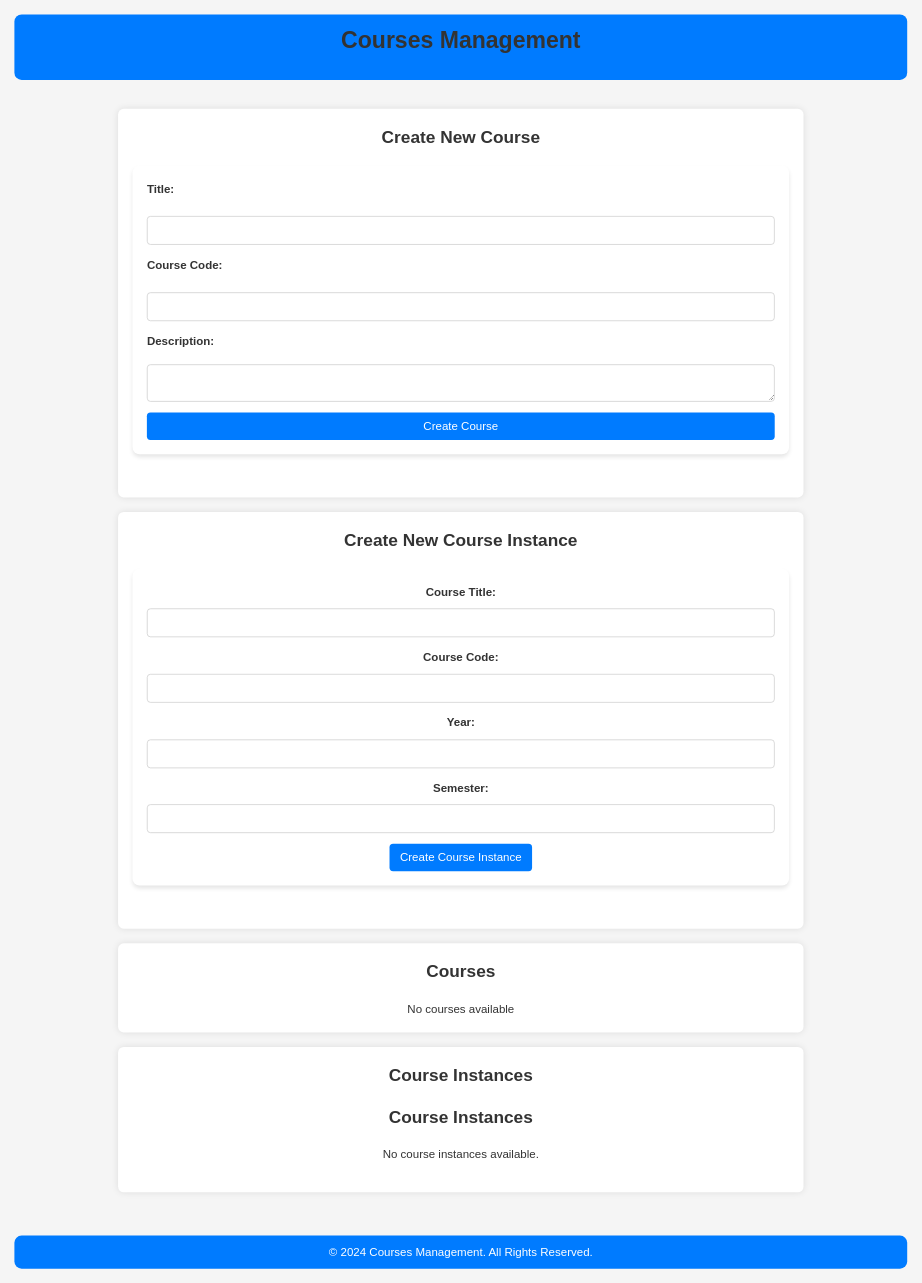
Repository: Rajdeep00-bit/Course_frontend
Page: /
These files come from the project's save history. The page is drawn as it stood at one moment and after the next save; the edit follows.
The browser window is 1280 px wide. The pictures show the whole page, at 72% of full size.
The page's requests for data from a server got no answer. The project was rebuilt for these pictures with package versions that can differ from the ones it lists, and the page was loaded fresh each time. No one was signed in, and anything a server would have sent is missing. Also part of the build but not shown: src/components/CourseInstanceDetails.js.

Above is the page before, as saved 2024-09-12 11:53:11.

### src/index.js
import React from 'react';
import ReactDOM from 'react-dom/client';
import './index.css';
import App from './App';




const root = ReactDOM.createRoot(document.getElementById('root'));
root.render(
  <React.StrictMode>
    <App />
  </React.StrictMode>
);

### src/index.css
/* Reset some default styles */
* {
  margin: 0;
  padding: 0;
  box-sizing: border-box;
}

body {
  font-family: 'Arial', sans-serif;
  background-color: #f4f4f9;
  color: #333;
  line-height: 1.6;
  padding: 20px;
}

h1, h2, h3, h4, h5, h6 {
  margin-bottom: 20px;
  color: #333;
}

.container {
  max-width: 1200px;
  margin: 0 auto;
  padding: 20px;
}

/* General button styles */
button {
  background-color: #007bff;
  color: white;
  padding: 10px 15px;
  border: none;
  border-radius: 5px;
  cursor: pointer;
  font-size: 16px;
  transition: background-color 0.3s ease;
}

button:hover {
  background-color: #0056b3;
}

/* Form styles */
form {
  background-color: white;
  padding: 20px;
  margin-bottom: 40px;
  border-radius: 10px;
  box-shadow: 0 4px 6px rgba(0, 0, 0, 0.1);
}

form div {
  margin-bottom: 15px;
}

form label {
  display: block;
  margin-bottom: 5px;
  font-weight: bold;
}

form input[type="text"],
form input[type="number"],
form select {
  width: 100%;
  padding: 10px;
  margin-top: 5px;
  border: 1px solid #ccc;
  border-radius: 5px;
  font-size: 16px;
}

/* List styles */
ul {
  list-style: none;
  padding: 0;
}

li {
  background-color: white;
  padding: 15px;
  margin-bottom: 10px;
  border-radius: 10px;
  display: flex;
  justify-content: space-between;
  align-items: center;
  box-shadow: 0 4px 6px rgba(0, 0, 0, 0.1);
}

li button {
  background-color: #dc3545;
}

li button:hover {
  background-color: #c82333;
}

/* Header styles */
header {
  background-color: #007bff;
  color: white;
  padding: 20px;
  text-align: center;
  border-radius: 10px;
  margin-bottom: 40px;
}

/* Course and Course Instance Styles */
.course, .course-instance {
  display: flex;
  justify-content: space-between;
  align-items: center;
  padding: 15px;
  margin-bottom: 10px;
  background-color: white;
  border-radius: 10px;
  box-shadow: 0 4px 6px rgba(0, 0, 0, 0.1);
}

.course-info, .instance-info {
  display: flex;
  flex-direction: column;
}

.course-info h3, .instance-info h3 {
  margin-bottom: 5px;
}

/* Footer */
footer {
  text-align: center;
  padding: 20px;
  margin-top: 40px;
  background-color: #007bff;
  color: white;
  border-radius: 10px;
}

### src/App.css
body {
  margin: 0;
  font-family: Arial, sans-serif;
  background-color: #f5f5f5;
}

.App {
  text-align: center;
}

.header {
  background-color: #007bff;
  color: white;
  padding: 10px 0;
  margin-bottom: 20px;
}

.container {
  width: 80%;
  margin: 0 auto;
}

.section {
  background-color: white;
  padding: 20px;
  margin-bottom: 20px;
  box-shadow: 0px 0px 10px rgba(0, 0, 0, 0.1);
  border-radius: 8px;
}

.form {
  display: flex;
  flex-direction: column;
  gap: 15px;
}

.form label {
  font-weight: bold;
  text-align: left;
}

.form input, .form textarea, .form select {
  padding: 10px;
  border-radius: 5px;
  border: 1px solid #ccc;
}

.form button {
  padding: 10px;
  background-color: #007bff;
  color: white;
  border: none;
  border-radius: 5px;
  cursor: pointer;
}

.form button:hover {
  background-color: #0056b3;
}

ul {
  list-style-type: none;
  padding: 0;
}

ul li {
  background-color: #f9f9f9;
  margin: 10px 0;
  padding: 10px;
  border-radius: 5px;
  box-shadow: 0px 0px 5px rgba(0, 0, 0, 0.1);
}

ul li button {
  margin-left: 10px;
}

.course-details, .instance-details {
  margin-top: 20px;
  text-align: left;
}

.footer {
  background-color: #007bff;
  color: white;
  padding: 10px 0;
  margin-top: 20px;
}
.course-details {
  margin-top: 20px;
  padding: 15px;
  border: 1px solid #ddd;
  background-color: #f9f9f9;
}
.course-details h3 {
  margin-bottom: 10px;
}
.course-instance-list {
  margin: 20px auto;
  width: 80%;
}

table {
  width: 100%;
  border-collapse: collapse;
}

thead {
  background-color: #518cf0;
  color: white;
}

th, td {
  padding: 10px;
  text-align: left;
  border-bottom: 1px solid #ddd;
}

tbody tr:nth-child(even) {
  background-color: #f9f9f9;
}

.action-btn {
  background-color: #ff4d4d;
  color: white;
  padding: 5px 10px;
  border: none;
  border-radius: 5px;
  cursor: pointer;
}

.action-btn:hover {
  background-color: #ff3333;
}

.selected-instance-details {
  margin-top: 20px;
  background-color: #f0f8ff;
  padding: 15px;
  border-radius: 5px;
}

### src/components/CourseForm.js
import React, { useState } from 'react';

function CourseForm({ onCourseCreated }) {
  const [title, setTitle] = useState('');
  const [courseCode, setCourseCode] = useState('');
  const [description, setDescription] = useState('');

  const handleSubmit = (event) => {
    event.preventDefault();

    const course = {
      title: title,
      course_code: courseCode,
      description: description,
    };

    fetch('http://127.0.0.1:8000/api/courses/', {
      method: 'POST',
      headers: {
        'Content-Type': 'application/json',
      },
      body: JSON.stringify(course),
    })
      .then((response) => {
        if (!response.ok) {
          throw new Error(`Error: ${response.status} ${response.statusText}`);
        }
        return response.json();
      })
      .then((data) => {
        // Clear form fields
        setTitle('');
        setCourseCode('');
        setDescription('');

        // Call the onCourseCreated prop to fetch the updated course list
        if (onCourseCreated) {
          onCourseCreated();
        }
      })
      .catch((error) => {
        console.error('Error creating course:', error);
      });
  };

  return (
    <form className="form" onSubmit={handleSubmit}>
      <label>Title:</label>
      <input
        type="text"
        value={title}
        onChange={(e) => setTitle(e.target.value)}
        required
      />

      <label>Course Code:</label>
      <input
        type="text"
        value={courseCode}
        onChange={(e) => setCourseCode(e.target.value)}
        required
      />

      <label>Description:</label>
      <textarea
        value={description}
        onChange={(e) => setDescription(e.target.value)}
        required
      />

      <button type="submit">Create Course</button>
    </form>
  );
}

export default CourseForm;

### src/components/CourseInstanceForm.js
import React, { useState } from 'react';

function CourseInstanceForm({ onInstanceCreated, year, semester, setYear, setSemester }) {
  const [courseTitle, setCourseTitle] = useState('');
  const [courseCode, setCourseCode] = useState('');

  const handleSubmit = (e) => {
    e.preventDefault();

    // Create a new course instance
    const newInstance = {
      id: Date.now(), // Temporary ID, in a real app this would come from the backend
      course: { title: courseTitle },
      year,
      semester,
      code: courseCode,
    };

    // Pass the new instance back to the parent
    onInstanceCreated(newInstance);

    // Clear form fields
    setCourseTitle('');
    setCourseCode('');
  };

  return (
    <form onSubmit={handleSubmit}>
      <div>
        <label>Course Title:</label>
        <input
          type="text"
          value={courseTitle}
          onChange={(e) => setCourseTitle(e.target.value)}
          required
        />
      </div>
      <div>
        <label>Course Code:</label>
        <input
          type="text"
          value={courseCode}
          onChange={(e) => setCourseCode(e.target.value)}
          required
        />
      </div>
      <div>
        <label>Year:</label>
        <input
          type="text"
          value={year}
          onChange={(e) => setYear(e.target.value)}
          required
        />
      </div>
      <div>
        <label>Semester:</label>
        <input
          type="text"
          value={semester}
          onChange={(e) => setSemester(e.target.value)}
          required
        />
      </div>
      <button type="submit">Create Course Instance</button>
    </form>
  );
}

export default CourseInstanceForm;

### src/components/CourseInstanceList.js
import React, { useState } from 'react';

function CourseInstanceList({ instances, deleteInstance, viewInstanceDetails, year, semester }) {
  const [selectedInstance, setSelectedInstance] = useState(null);

  // Fetch instance details and store it in selectedInstance state
  const fetchInstanceDetails = (id) => {
    console.log(`Fetching details for ID: ${id}, Year: ${year}, Semester: ${semester}`);

    if (!year || !semester) {
      alert("Year and semester must be set to fetch instance details.");
      return;
    }

    const apiUrl = `http://127.0.0.1:8000/api/instances/${year}/${semester}/${id}/`;
    console.log("API URL:", apiUrl);

    fetch(apiUrl)
      .then((response) => {
        if (!response.ok) {
          throw new Error(`Failed to fetch instance details: ${response.status}`);
        }
        return response.json();
      })
      .then((data) => {
        console.log("Fetched instance details:", data);
        setSelectedInstance(data);
      })
      .catch((error) => {
        console.error('Error fetching instance details:', error);
        alert('Failed to fetch instance details.');
      });
  };

  return (
    <div className="course-instance-list">
      <h2>Course Instances</h2>
      {instances.length === 0 ? (
        <p>No course instances available.</p>
      ) : (
        <table>
          <thead>
            <tr>
              <th>Course Title</th>
              <th>Year-Semester</th>
              <th>Code</th>
              <th>Actions</th>
            </tr>
          </thead>
          <tbody>
            {instances.map((instance) => (
              <tr key={instance.id}>
                <td>
                  {instance.course && instance.course.title
                    ? instance.course.title
                    : 'Title unavailable'}
                </td>
                <td>{`${instance.year}-${instance.semester}`}</td>
                <td>{instance.code ? instance.code : 'Code unavailable'}</td>
                <td>
                  <button onClick={() => fetchInstanceDetails(instance.id)}>View Details</button>
                  <button onClick={() => deleteInstance(instance.id)}>Delete</button>
                </td>
              </tr>
            ))}
          </tbody>
        </table>
      )}

      {/* Display the selected instance details if available */}
      {selectedInstance && selectedInstance.course && (
        <div className="selected-instance-details">
          <h2>Course Instance Details</h2>
          <p><strong>Title:</strong> {selectedInstance.course.title}</p>
          <p><strong>Year:</strong> {selectedInstance.year}</p>
          <p><strong>Semester:</strong> {selectedInstance.semester}</p>
          <p><strong>Code:</strong> {selectedInstance.code}</p>
        </div>
      )}
    </div>
  );
}

export default CourseInstanceList;

### src/components/CourseList.js
import React, { useEffect, useState } from 'react';
import { BiAlignLeft } from 'react-icons/bi';

function CourseList() {
  const [courses, setCourses] = useState([]);
  const [selectedCourse, setSelectedCourse] = useState(null);

  // Fetch courses from API
  const fetchCourses = () => {
    console.log('Fetching courses...');
    fetch('http://127.0.0.1:8000/api/courses/')
      .then((response) => {
        if (!response.ok) {
          throw new Error(`Error: ${response.status} ${response.statusText}`);
        }
        return response.json();
      })
      .then((data) => {
        console.log('Courses fetched:', data);
        setCourses(data);  // Store fetched courses in state
      })
      .catch((error) => {
        console.error('Error fetching courses:', error);
        alert(`Failed to fetch courses: ${error.message}`);
      });
  };

  // Create a new course and refetch the list
  const createCourse = (newCourse) => {
    console.log('Creating new course:', newCourse);
    fetch('http://127.0.0.1:8000/api/courses/', {
      method: 'POST',
      headers: {
        'Content-Type': 'application/json',
      },
      body: JSON.stringify(newCourse),
    })
      .then((response) => {
        if (!response.ok) {
          throw new Error(`Error: ${response.status} ${response.statusText}`);
        }
        return response.json();
      })
      .then((createdCourse) => {
        console.log('Course created:', createdCourse);
        // Refetch the updated course list to ensure consistency
        fetchCourses();  // Refetch courses after creation
      })
      .catch((error) => {
        console.error('Error creating course:', error);
        alert(`Failed to create course: ${error.message}`);
      });
  };

  // Fetch course details from API
  const viewCourseDetails = (id) => {
    console.log(`Fetching details for course ID: ${id}`);
    fetch(`http://127.0.0.1:8000/api/courses/${id}/`)
      .then((response) => {
        if (!response.ok) {
          throw new Error(`Error: ${response.status} ${response.statusText}`);
        }
        return response.json();
      })
      .then((data) => {
        console.log('Course details fetched:', data);
        setSelectedCourse(data);  // Store the selected course details in state
      })
      .catch((error) => {
        console.error('Error fetching course details:', error);
        alert(`Failed to fetch course details: ${error.message}`);
      });
  };

  // Close the course details view
  const closeCourseDetails = () => {
    setSelectedCourse(null);  // Clear the selected course to hide details
  };

  // Delete a course and refetch the list
  const deleteCourse = (id) => {
    if (!window.confirm("Are you sure you want to delete this course?")) {
      return;
    }

    console.log(`Deleting course ID: ${id}`);
    fetch(`http://127.0.0.1:8000/api/courses/${id}/`, {
      method: 'DELETE',
    })
      .then((response) => {
        if (response.ok) {
          console.log(`Course ID ${id} deleted successfully.`);
          // Refetch the updated course list to ensure consistency
          fetchCourses();  // Refetch courses after deletion
        } else {
          return response.json().then((err) => Promise.reject(err));
        }
      })
      .catch((error) => {
        console.error("Error deleting course:", error);
        alert("Failed to delete the course.");
      });
  };

  // Fetch courses when the component mounts
  useEffect(() => {
    console.log('Component mounted, fetching courses...');
    fetchCourses();  // Initial fetch on component mount
  }, []);

  // Render the list of courses
  return (
    <div>
      {courses.length > 0 ? (
        <table style={styles.table}>
          <thead>
            <tr style={styles.tableHeader}>
              <th style={styles.tableHeaderCell}>Course Title</th>
              <th style={styles.tableHeaderCell}>Code</th>
              <th style={styles.tableHeaderCell}>Action</th>
            </tr>
          </thead>
          <tbody>
            {courses.map((course, index) => (
              <tr key={course.id} style={index % 2 === 0 ? styles.tableRowAlt : styles.tableRow}>
                <td style={styles.tableCell}>
                  <button
                    onClick={() => viewCourseDetails(course.id)}
                    style={styles.courseTitle}
                  >
                    {course.title}
                  </button>
                </td>
                <td style={styles.tableCell}>{course.course_code}</td>
                <td style={styles.tableCell}>
                  <div style={styles.actionContainer}>
                    <button onClick={() => deleteCourse(course.id)} style={styles.actionButton}>
                      <i className="fas fa-trash"></i> {/* Icon for delete */}
                    </button>
                  </div>
                </td>
              </tr>
            ))}
          </tbody>
        </table>
      ) : (
        <p>No courses available</p>
      )}

      {/* Conditionally render the selected course details */}
      {selectedCourse && (
        <div style={styles.courseDetails}>
          <h3>Course Details</h3>
          <p><strong>Title:</strong> {selectedCourse.title}</p>
          <p><strong>Code:</strong> {selectedCourse.course_code}</p>
          <p><strong>Description:</strong> {selectedCourse.description}</p>
          <button onClick={closeCourseDetails} style={styles.closeButton}>Close</button>
        </div>
      )}
    </div>
  );
}

// Inline CSS styles
const styles = {
  table: {
    width: '100%',
    borderCollapse: 'collapse',
    margin: '20px 0',
    fontSize: '16px',
  },
  tableHeader: {
    backgroundColor: '#4e73df',
    color: '#fff',
  },
  tableHeaderCell: {
    padding: '12px 15px',
    textAlign: 'left',
  },
  tableRow: {
    backgroundColor: '#f9f9f9',
  },
  tableRowAlt: {
    backgroundColor: '#f1f1f1',
  },
  tableCell: {
    padding: '12px 15px',
    borderBottom: '1px solid #ddd',
  },
  courseTitle: {
    background: 'none',
    border: 'none',
    color: 'blue',
    textDecoration: 'underline',
    cursor: 'pointer',
    padding: '0',
    textAlign: 'center',
  },
  actionContainer: {
    display: 'flex',
    gap: '10px',
    justifyContent: 'center',
  },
  actionButton: {
    background: 'none',
    border: 'none',
    cursor: 'pointer',
    fontSize: '16px',
    color: 'black',

  },
  courseDetails: {
    marginTop: '20px',
    padding: '20px',
    border: '1px solid #ddd',
    borderRadius: '5px',
    backgroundColor: '#f9f9f9',
  },
  closeButton: {
    padding: '10px 20px',
    backgroundColor: '#6c757d',
    color: '#fff',
    border: 'none',
    borderRadius: '4px',
    cursor: 'pointer',
    marginTop: '10px',
  },
};

export default CourseList;

Loaded but not shown: src/App.js (200 lines, source omitted)

After the next save:
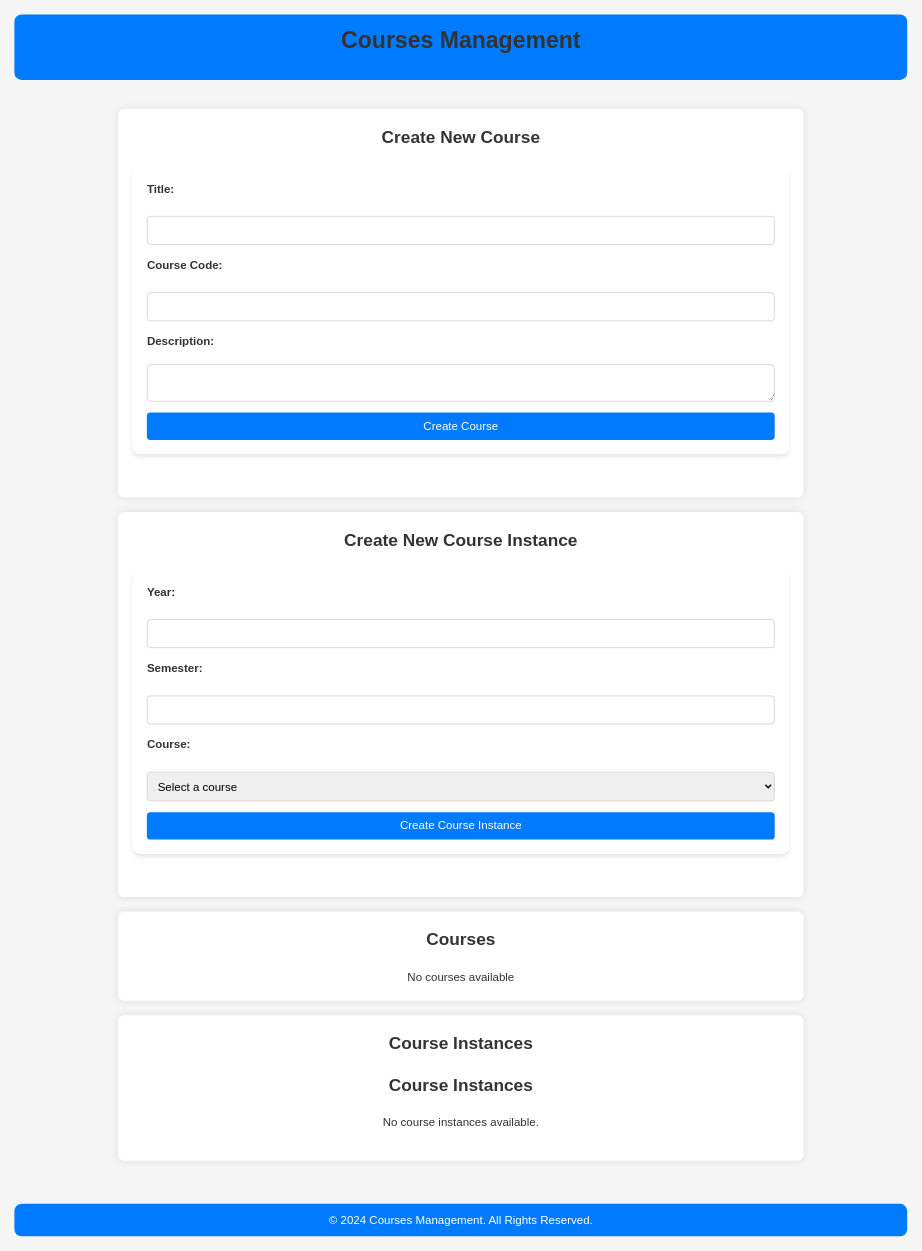
Saved 3 s later.
--- a/src/components/CourseInstanceForm.js
+++ b/src/components/CourseInstanceForm.js
@@ -1,67 +1,71 @@
-import React, { useState } from 'react';
+// CourseInstanceForm.js
+import React, { useState, useEffect } from 'react';
 
-function CourseInstanceForm({ onInstanceCreated, year, semester, setYear, setSemester }) {
-  const [courseTitle, setCourseTitle] = useState('');
-  const [courseCode, setCourseCode] = useState('');
+function CourseInstanceForm({ onInstanceCreated, year, semester, setYear, setSemester, fetchNewCourse, setFetchNewCourse }) {
+  const [courseId, setCourseId] = useState('');
+  const [courses, setCourses] = useState([]);
 
-  const handleSubmit = (e) => {
-    e.preventDefault();
+  // Fetch courses
+  useEffect(() => {
+    fetch('http://127.0.0.1:8000/api/courses/')
+      .then((response) => response.json())
+      .then((data) => setCourses(data))
+      .catch((error) => console.error('Error fetching courses:', error));
+  }, [fetchNewCourse]);
 
-    // Create a new course instance
-    const newInstance = {
-      id: Date.now(), // Temporary ID, in a real app this would come from the backend
-      course: { title: courseTitle },
-      year,
-      semester,
-      code: courseCode,
+  const handleSubmit = (event) => {
+    event.preventDefault();
+
+    const courseInstance = {
+      course: courseId,
+      year: year,
+      semester: semester
     };
 
-    // Pass the new instance back to the parent
-    onInstanceCreated(newInstance);
-
-    // Clear form fields
-    setCourseTitle('');
-    setCourseCode('');
+    fetch('http://127.0.0.1:8000/api/instances/', {
+      method: 'POST',
+      headers: {
+        'Content-Type': 'application/json'
+      },
+      body: JSON.stringify(courseInstance)
+    })
+      .then(response => response.json())
+      .then(() => {
+        // Clear the form
+        setCourseId('');
+        setYear('');
+        setSemester('');
+        onInstanceCreated();  // Trigger refresh of instances
+      })
+      .catch(error => console.error('Error creating course instance:', error));
   };
 
   return (
-    <form onSubmit={handleSubmit}>
-      <div>
-        <label>Course Title:</label>
-        <input
-          type="text"
-          value={courseTitle}
-          onChange={(e) => setCourseTitle(e.target.value)}
-          required
-        />
-      </div>
-      <div>
-        <label>Course Code:</label>
-        <input
-          type="text"
-          value={courseCode}
-          onChange={(e) => setCourseCode(e.target.value)}
-          required
-        />
-      </div>
-      <div>
-        <label>Year:</label>
-        <input
-          type="text"
-          value={year}
-          onChange={(e) => setYear(e.target.value)}
-          required
-        />
-      </div>
-      <div>
-        <label>Semester:</label>
-        <input
-          type="text"
-          value={semester}
-          onChange={(e) => setSemester(e.target.value)}
-          required
-        />
-      </div>
+    <form className="form" onSubmit={handleSubmit}>
+      <label>Year:</label>
+      <input
+        type="text"
+        value={year}
+        onChange={(e) => setYear(e.target.value)}
+        required
+      />
+
+      <label>Semester:</label>
+      <input
+        type="text"
+        value={semester}
+        onChange={(e) => setSemester(e.target.value)}
+        required
+      />
+
+      <label>Course:</label>
+      <select value={courseId} onChange={(e) => setCourseId(e.target.value)} required>
+        <option value="">Select a course</option>
+        {courses.map((course) => (
+          <option key={course.id} value={course.id}>{course.title}</option>
+        ))}
+      </select>
+
       <button type="submit">Create Course Instance</button>
     </form>
   );
